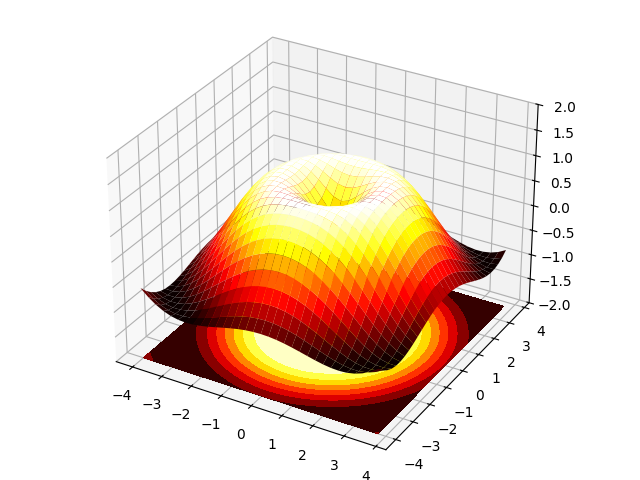
Repository: Jaamunozr/Archivos-python
Script's output: python Archivos Python/Graficas/3d.py
An editor plug-in stored every save of this project. The script's output is shown before and after the next save, followed by the edit.
Random numbers start from a fixed seed.

Above is the script's output before, as saved 2020-02-18 21:33:54.

### Archivos Python/Graficas/3d.py
import pylab as pl
import numpy as np
from mpl_toolkits.mplot3d import Axes3D

fig = pl.figure()
ax = Axes3D(fig)
X = np.arange(-4, 4, 0.25)
Y = np.arange(-4, 4, 0.25)
X, Y = np.meshgrid(X, Y)
R = np.sqrt(X ** 2 + Y ** 2)
Z = np.sin(R)

ax.plot_surface(X, Y, Z, rstride=1, cstride=1, cmap=pl.cm.hot)
ax.contourf(X, Y, Z, zdir='z', offset=-2, cmap=pl.cm.hot)
ax.set_zlim(-2, 2)

pl.show()

After the next save:
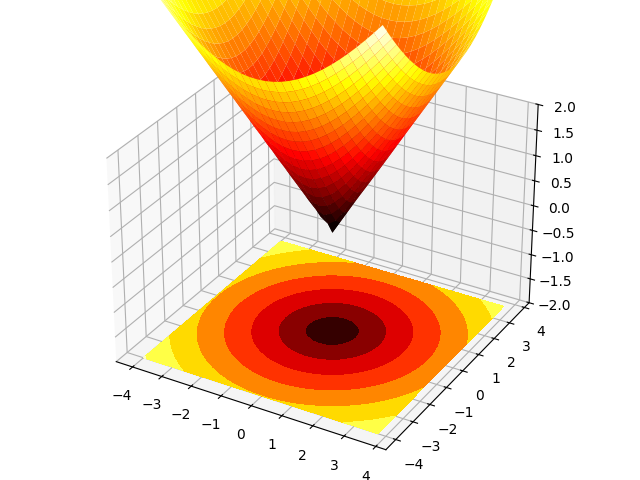
Saved 116 s later.
--- a/Archivos Python/Graficas/3d.py
+++ b/Archivos Python/Graficas/3d.py
@@ -8,7 +8,7 @@ X = np.arange(-4, 4, 0.25)
 Y = np.arange(-4, 4, 0.25)
 X, Y = np.meshgrid(X, Y)
 R = np.sqrt(X ** 2 + Y ** 2)
-Z = np.sin(R)
+Z = R
 
 ax.plot_surface(X, Y, Z, rstride=1, cstride=1, cmap=pl.cm.hot)
 ax.contourf(X, Y, Z, zdir='z', offset=-2, cmap=pl.cm.hot)
